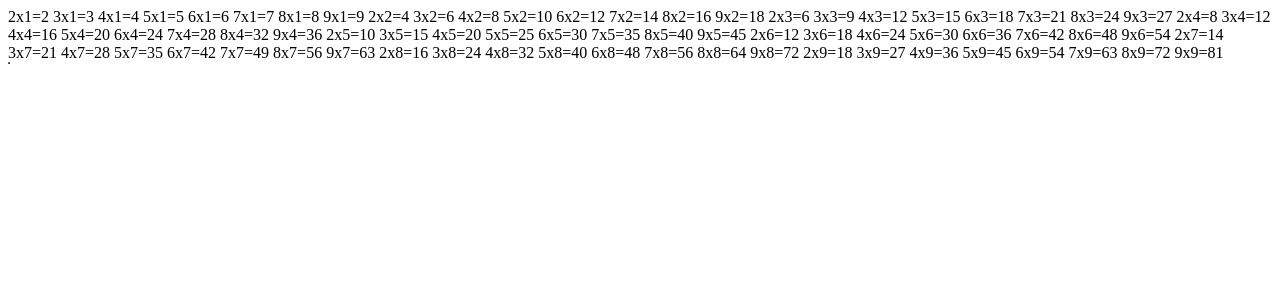
Repository: tldnwkd/jspclass2026
Page: http://localhost/chapter01/test02.jsp
An editor plug-in stored every save of this project. The page is shown before and after the next save, followed by the edit.
The browser window is 1280 px wide. The pictures show the whole page.
The page is served by Tomcat 9.

Above is the page before, as saved 2026-10-16 04:17:10.

After the next save:
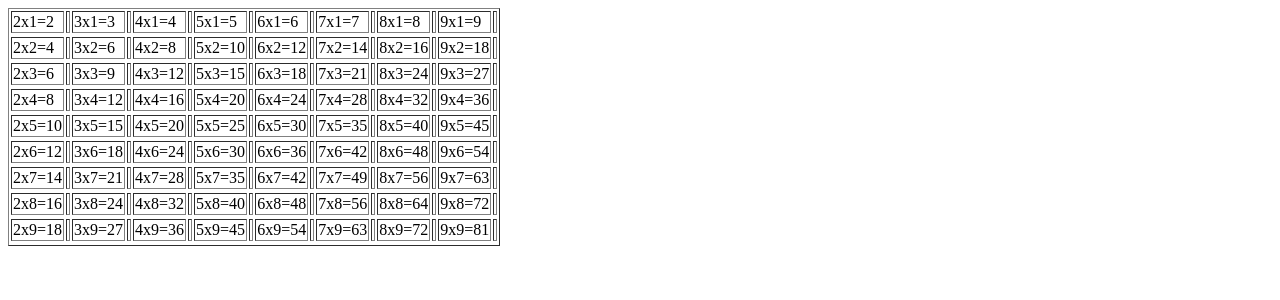
Saved 6 s later.
--- a/chapter01/src/main/webapp/test02.jsp
+++ b/chapter01/src/main/webapp/test02.jsp
@@ -11,11 +11,11 @@
 
 <table border="1">
 <%for(int i=1; i<10; i++) {%>
-
+	<tr>
 	<%for(int j=2; j<10; j++){%>
-		<%=j%>x<%=i%>=<%=j*i%>
+	<td><%=j%>x<%=i%>=<%=j*i%><td/>
 	<%}%>
-
+	<tr/>
 <%}%>
 </table>
 
